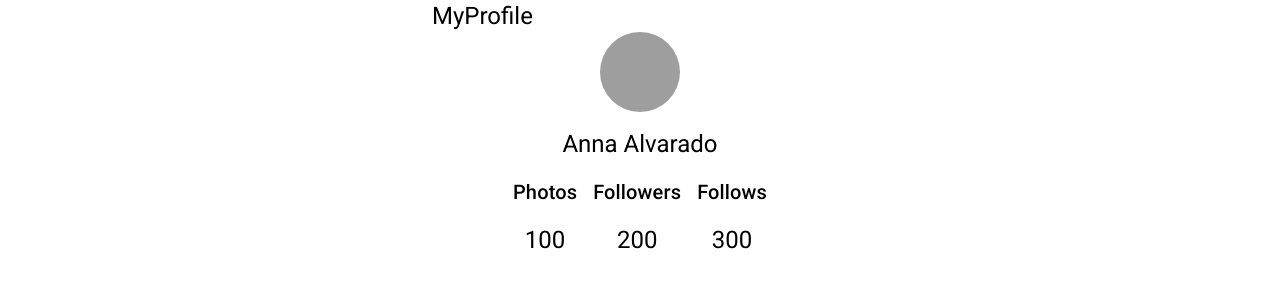
Repository: GokulDev4U/Immence_task
Page: /myProfile
The author's editor kept a copy of each file at every save. The page is drawn from the files as they stood at one save, then again after the next save.
The browser window is 1280 px wide. The pictures show the whole page.
Pictures or frames that could not be fetched are drawn as grey boxes. The project was rebuilt for these pictures with package versions that can differ from the ones it lists, and the page was loaded fresh each time. Also part of the build but not shown: src/App.css, src/components/SinglePost/SinglePost.jsx, src/data/posts.js, src/components/Home/Home.jsx, src/data/userdata.js, src/components/ConversationList/ConversationList.jsx, src/components/Conversation/Conversation.jsx.

Above is the page before, as saved 2022-05-07 17:43:14.

### public/index.html
<!DOCTYPE html>
<html lang="en">
  <head>
    <meta charset="utf-8" />
    <link rel="icon" href="%PUBLIC_URL%/favicon.ico" />
    <meta name="viewport" content="width=device-width, initial-scale=1" />
    <meta name="theme-color" content="#000000" />
    <meta
      name="description"
      content="Web site created using create-react-app"
    />
    <link rel="apple-touch-icon" href="%PUBLIC_URL%/logo192.png" />
    <link
  rel="stylesheet"
  href="https://fonts.googleapis.com/css?family=Roboto:300,400,500,700&display=swap"
/>
<link
  rel="stylesheet"
  href="https://fonts.googleapis.com/icon?family=Material+Icons"
/>
    <!--
      manifest.json provides metadata used when your web app is installed on a
      user's mobile device or desktop. See https://developers.google.com/web/fundamentals/web-app-manifest/
    -->
    <link rel="manifest" href="%PUBLIC_URL%/manifest.json" />
    <!--
      Notice the use of %PUBLIC_URL% in the tags above.
      It will be replaced with the URL of the `public` folder during the build.
      Only files inside the `public` folder can be referenced from the HTML.

      Unlike "/favicon.ico" or "favicon.ico", "%PUBLIC_URL%/favicon.ico" will
      work correctly both with client-side routing and a non-root public URL.
      Learn how to configure a non-root public URL by running `npm run build`.
    -->
    <title>React App</title>
  </head>
  <body>
    <noscript>You need to enable JavaScript to run this app.</noscript>
    <div id="root"></div>
    <!--
      This HTML file is a template.
      If you open it directly in the browser, you will see an empty page.

      You can add webfonts, meta tags, or analytics to this file.
      The build step will place the bundled scripts into the <body> tag.

      To begin the development, run `npm start` or `yarn start`.
      To create a production bundle, use `npm run build` or `yarn build`.
    -->
  </body>
</html>

### src/App.js
import "./App.css";
import { BrowserRouter, Routes, Route } from "react-router-dom";
import Home from "./components/Home/Home";
import Conversation from "./components/Conversation/Conversation";
import MyProfile from "./components/MyProfile/MyProfile";

function App() {
  return (
    <div className="App">
      <BrowserRouter>
        <Routes>
          <Route path="/" element={<Home />} />
          <Route path="/conversation" element={<Conversation />} />
          <Route path="/myProfile" element={<MyProfile />} />
        </Routes>
      </BrowserRouter>
    </div>
  );
}

export default App;

### src/components/MyProfile/MyProfile.jsx
import React from 'react';
import Grid from '@mui/material/Grid';
import Box from '@mui/material/Box';
import Avatar from '@mui/material/Avatar';
import Typography from '@mui/material/Typography';
import Stack from '@mui/material/Stack';
import Card from '../Card/Card';


const MyProfile = () => {
    return (
        <Box sx={{ flexGrow: 1 }}>
            <Grid container spacing={2}>
                <Grid item xs={4}></Grid>
                <Grid item xs={4}>
                    <Typography variant="h5">MyProfile</Typography>
                    <Stack direction="column" spacing={2} sx={{ alignItems: 'center' }}>
                        <Avatar alt="Remy Sharp" sx={{ width: 80, height: 80 }} src="https://static.remove.bg/remove-bg-web/a8b5118d623a6b3f4b7813a78c686de384352145/assets/start_remove-c851bdf8d3127a24e2d137a55b1b427378cd17385b01aec6e59d5d4b5f39d2ec.png" />
                        <Typography variant="h5">Anna Alvarado</Typography>
                        <Typography variant="h6" sx={{ maxWidth: 200 }}></Typography>
                    </Stack>
                    <Stack direction="row" spacing={2} sx={{ justifyContent: 'center' }}>
                        <Card text="Photos" number="100" />
                        <Card text="Followers" number="200" />
                        <Card text="Follows" number="300" />
                    </Stack>
                </Grid>
                <Grid item xs={4}></Grid>
            </Grid>
        </Box>
    );
};

export default MyProfile;

### src/components/Card/Card.jsx
import React from 'react';
import Typography from '@mui/material/Typography';
import Stack from '@mui/material/Stack';

const Card = ({ text, number }) => {
    return (
        <Stack direction="column" spacing={2} sx={{ alignItems: 'center' }}>
            <Typography variant="h6">{text}</Typography>
            <Typography variant="h5">{number}</Typography>
        </Stack>
    );
};

export default Card;

Loaded but not shown: src/index.js (common file); src/index.css (common file); src/reportWebVitals.js (common file)

After the next save:
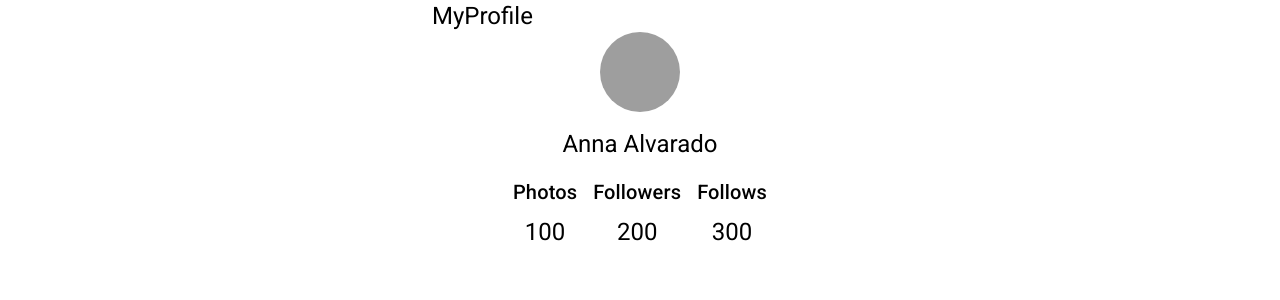
Saved 13 s later.
--- a/src/components/Card/Card.jsx
+++ b/src/components/Card/Card.jsx
@@ -4,7 +4,7 @@ import Stack from '@mui/material/Stack';
 
 const Card = ({ text, number }) => {
     return (
-        <Stack direction="column" spacing={2} sx={{ alignItems: 'center' }}>
+        <Stack direction="column" spacing={1} sx={{ alignItems: 'center' }}>
             <Typography variant="h6">{text}</Typography>
             <Typography variant="h5">{number}</Typography>
         </Stack>
